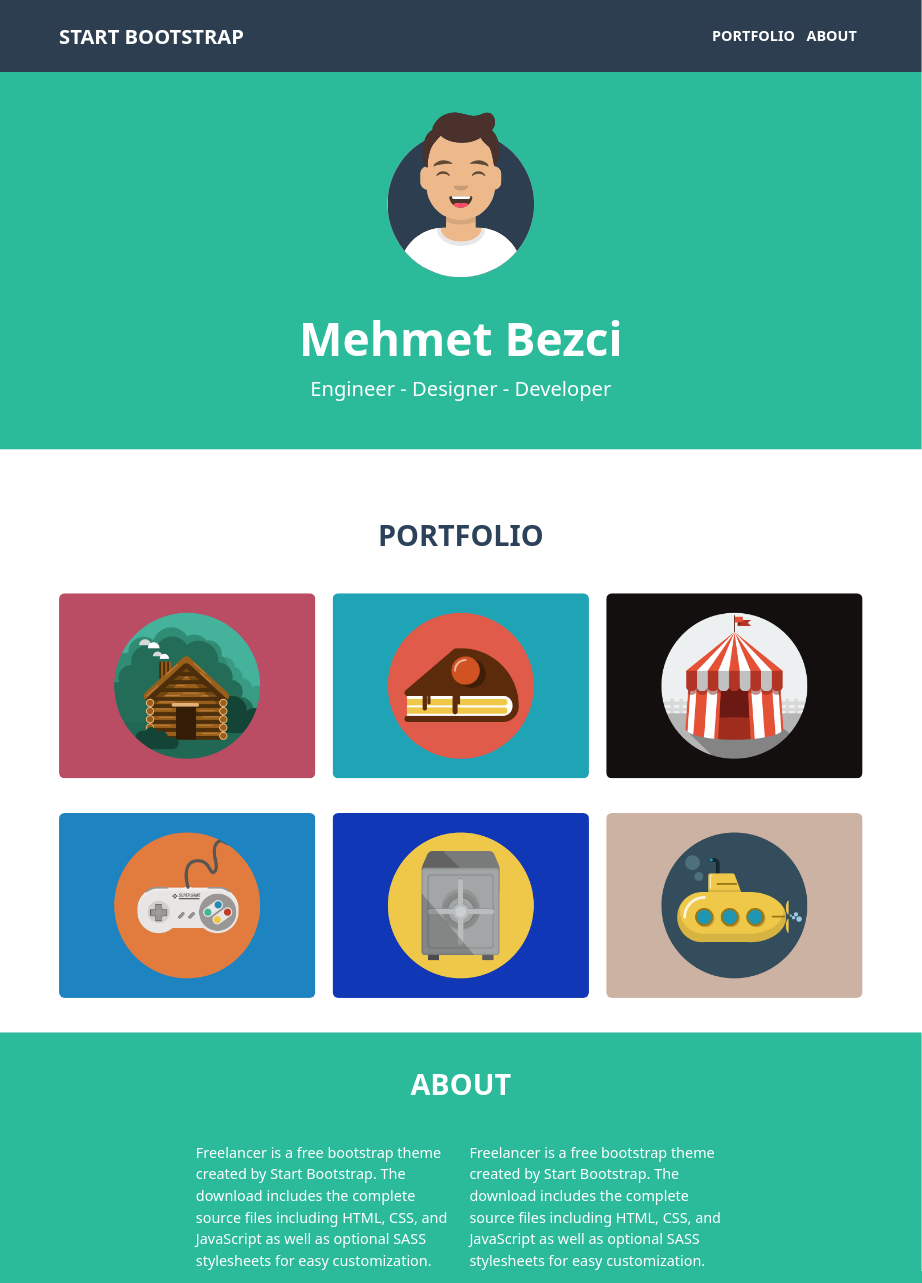
Repository: 7JaxeN7/WT-1255P-Mehmet_BEZC-
Page: index.html
These files come from the project's save history. The page is drawn as it stood at one moment and after the next save; the edit follows.
The browser window is 1280 px wide. The pictures show the whole page, at 72% of full size.

Above is the page before, as saved 2025-01-06 22:03:38.

After the next save:
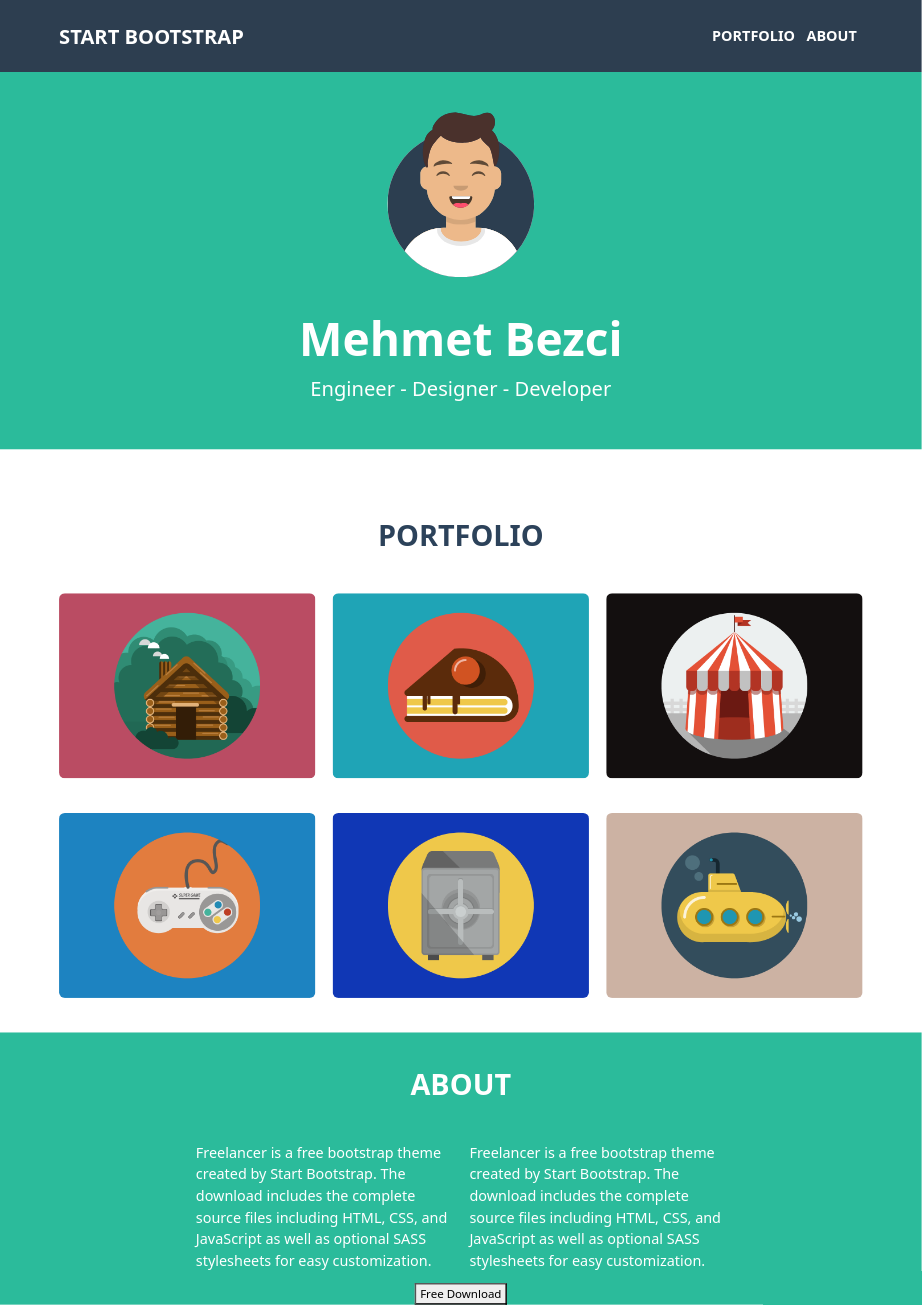
Saved 22 s later.
--- a/index.html
+++ b/index.html
@@ -86,7 +86,7 @@
         </div>
       </div>
       <div class="d-flex justify-content-center">
-
+        <button>Free Download</button>
       </div>
     </div>
   </div>
